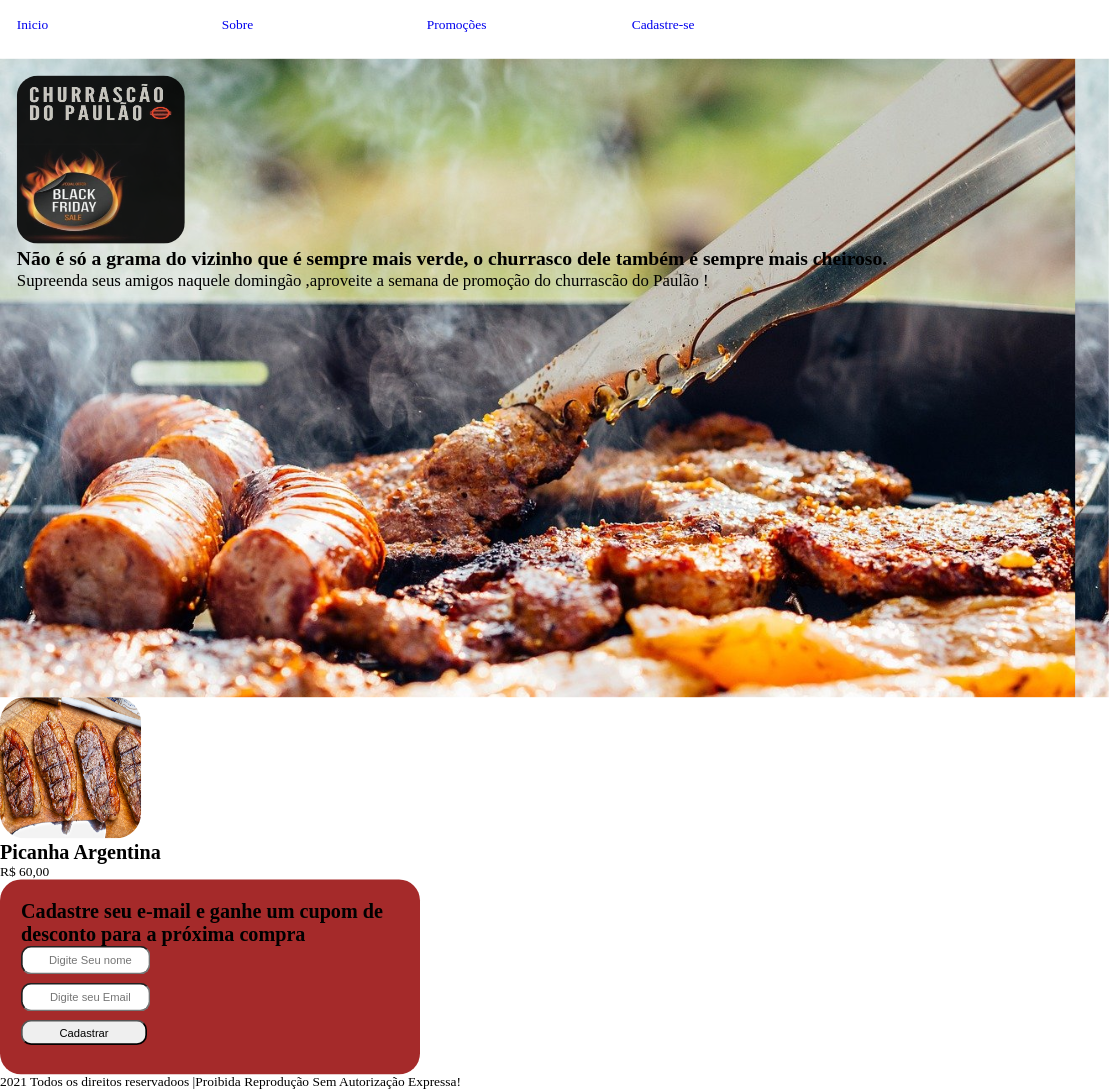
Repository: PauloMarquess/ProjetoBlackFriday
Page: index.html
The author's editor kept a copy of each file at every save. The page is drawn from the files as they stood at one save, then again after the next save.
The browser window is 1280 px wide. The page is 1320 px wide, so the pictures cover 1320 px, including what lies to the right of the window. The pictures show the whole page, at 84% of full size.

Above is the page before, as saved 2021-07-15 16:38:10.

### index.html
<!DOCTYPE html>
<html lang="pt-Br">

<head>
    <meta charset="UTF-8">
    <meta http-equiv="X-UA-Compatible" content="IE=edge">
    <meta name="viewport" content="width=device-width, initial-scale=1.0">
    <link rel="stylesheet" href="./css/style.css">
    <title>Churrascão do Paulão</title>
</head>

<body>
    <nav class="menu">
        <ul>
            <li><a href="#">Inicio</a></li>
            <li><a href="#">Sobre</a></li>
            <li><a href="#">Promoções</a></li>
            <li><a href="#">Cadastre-se</a></li>
        </ul>
    </nav>

    <section class="container background-section">
        <img src="./img/icone.jpeg ">
        <h3>Não é só a grama do vizinho que é sempre mais verde, o churrasco dele também é sempre mais cheiroso.</h3>
        <p>Supreenda seus amigos naquele domingão ,aproveite a semana de promoção do churrascão do Paulão !</p>

    </section>
<div class="produtos">
    <section">
        <img src="./img/picanha.jpg" alt="Picanha Argentina">
        <h2>Picanha Argentina</h2>
        <p>R$ 60,00</p>
    </section>
</div>

    <section class="formulario">
        <h2>Cadastre seu e-mail e ganhe um cupom de desconto para a próxima compra</h2>
        <div id="content">
            <form id="form">
                <input type="text" placeholder="   Digite Seu nome" id="name">
                <input type="email" placeholder="   Digite seu Email" id="email">
                <input type="submit" value="Cadastrar">

            </form>
        </div>
    </section>
    <footer>2021 Todos os direitos reservadoos |Proibida Reprodução Sem Autorização Expressa!</footer>

</body>
<script src="./script.js"></script>

</html>

### css/style.css
* {
    padding: 0;
    margin:0;
    list-style: none;
    text-decoration: none;

}
html{
    scroll-behavior: smooth;
}

.menu ul li {
    display: inline-block;
    width: 200px;
    height: 30px;
    padding: 20px;


}


.container{
    width: 100%;
    height: 100vh;
    display: inline-block;
    align-items: center;
    color: black;
    font-size: 20px;
    padding: 20px;
}
.container img {
    width: 200px;
    height: 200px;
    border-radius: 25px;
    opacity: 90%;
}
.background-section {
    background-image: url(../img/barbecue-820010_1280.jpg)

}


.formulario {
    background-color: brown;
    border-radius: 25px;
    padding: 25px;
    align-items: center;
    max-width: 450px;
}
.formulario form {

    display: grid;
    width: 150px;
    align-items: center;
}
input {
    width: 100%;
    border-radius: 12px;
   height: 30px;
   margin-bottom: 10px;
   text-align: center;
}

.produtos img{
    width: 168px;
     height: 168px;
     border-radius: 30px;
}

### script.js
const form = document.getElementById ('form')

form.addEventListener('submit',(e) =>{
    e.preventDefault()
    let nome =document.getElementById('name').value;
    let email =document.getElementById('email').value;
    console.log(nome,email)
    let data ={
        nome,email,
    }
let converteData =JSON.stringify(data);
localStorage.setItem('lead',converteData)

let content = document.getElementById('content')

let carregando = `<p>carregando...</p>`

let enviado =`<p>Cadastrado com sucesso</p>`

content.innerHTML =carregando

setTimeout(() => {
content.innerHTML = enviado
},1500)

})

After the next save:
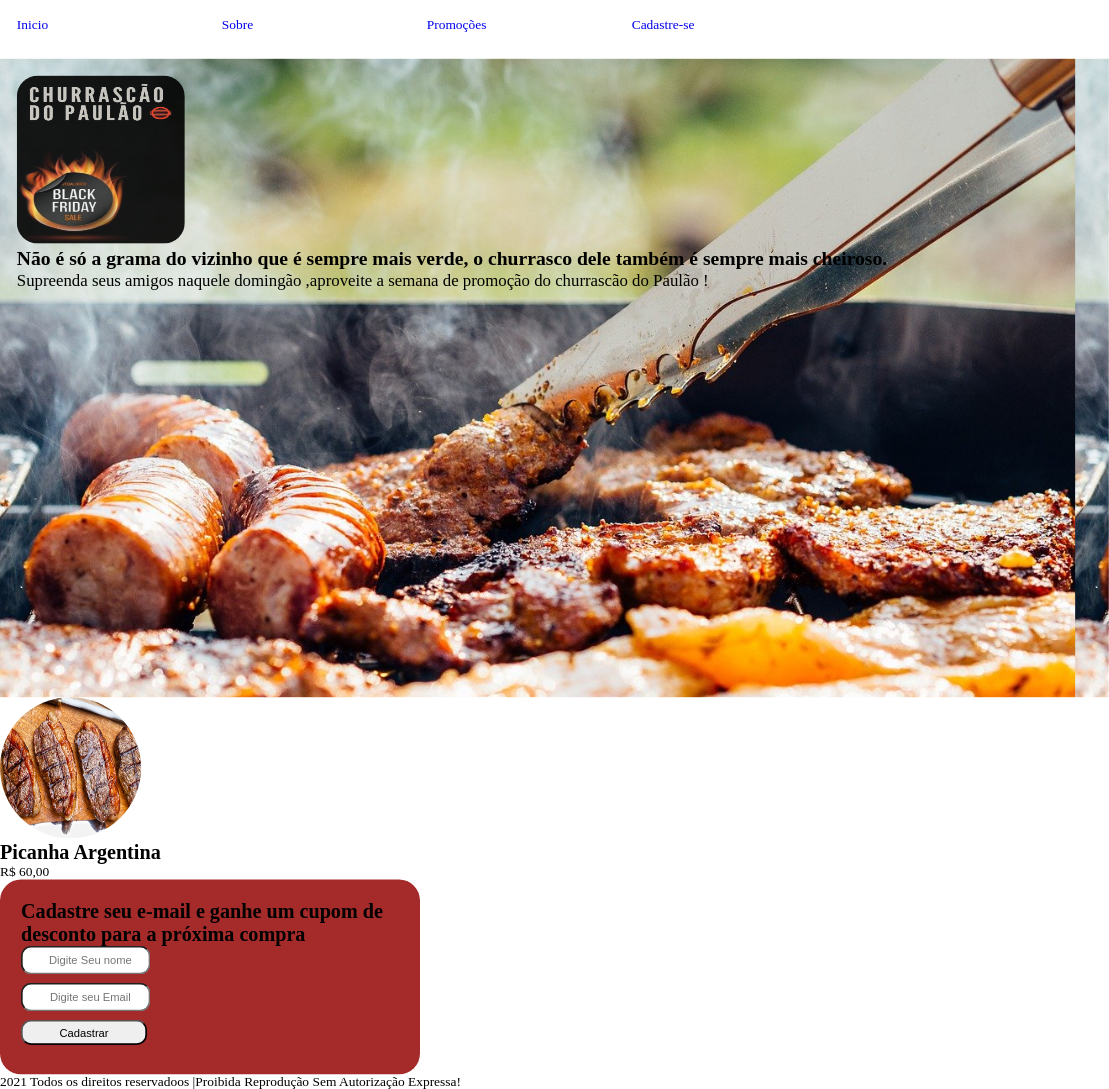
Saved 8 s later.
--- a/css/style.css
+++ b/css/style.css
@@ -64,5 +64,5 @@
 .produtos img{
     width: 168px;
      height: 168px;
-     border-radius: 30px;
+     border-radius: 103%;
 }
